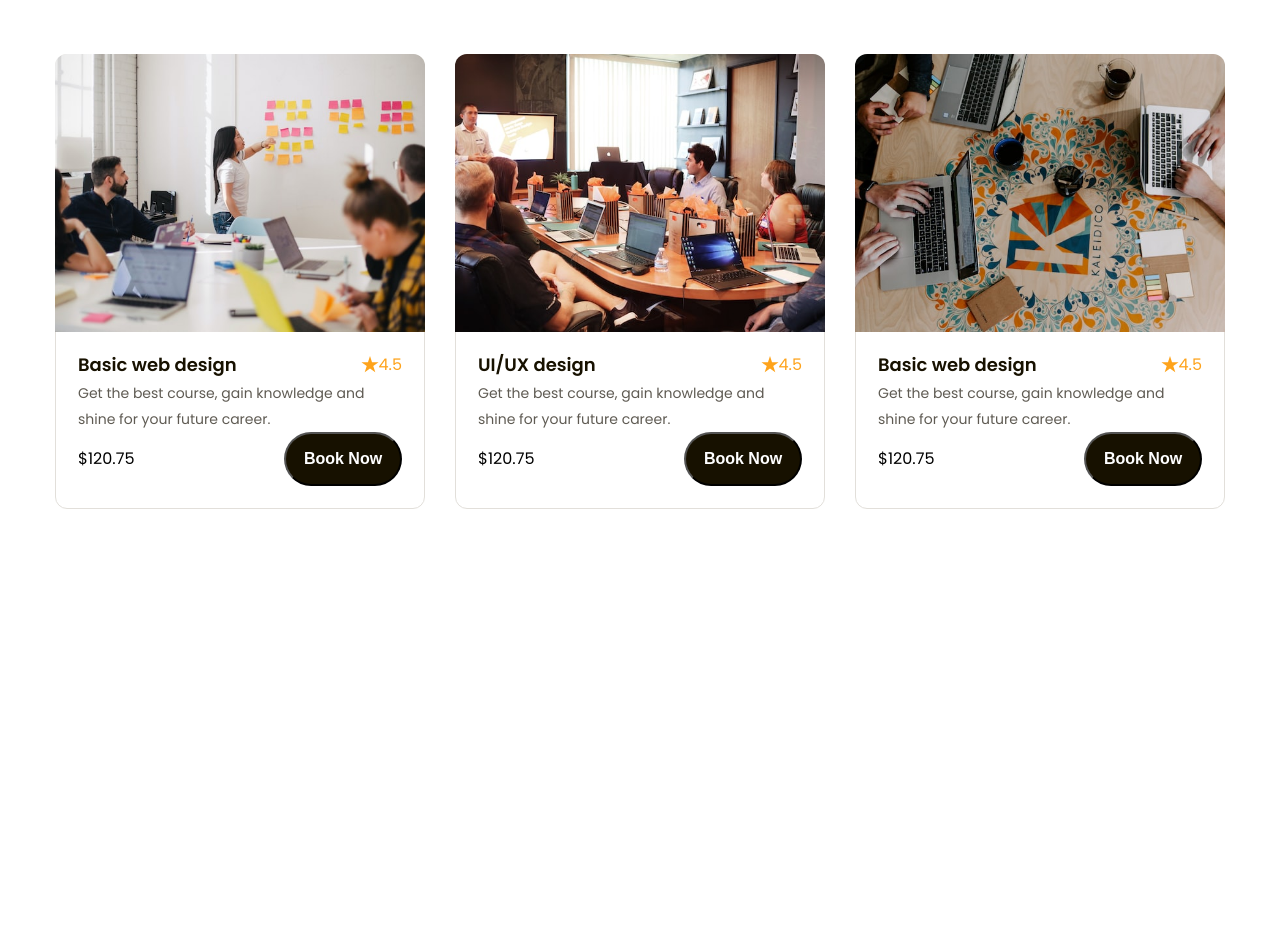
Repository: ynguyen1512/htmlcss-project-02
Page: index.html
The author's editor kept a copy of each file at every save. The page is drawn from the files as they stood at one save, then again after a run of saves.
The browser window is 1280 px wide. The pictures show the part of the page from y = 1225 to 2177 px (the page is 5000 px tall).
A picture or video elsewhere on the page could not be fetched, so the positions and the page height are approximate.

Above is the page before, as saved 2023-02-20 22:55:23.

After the next 2 saves:
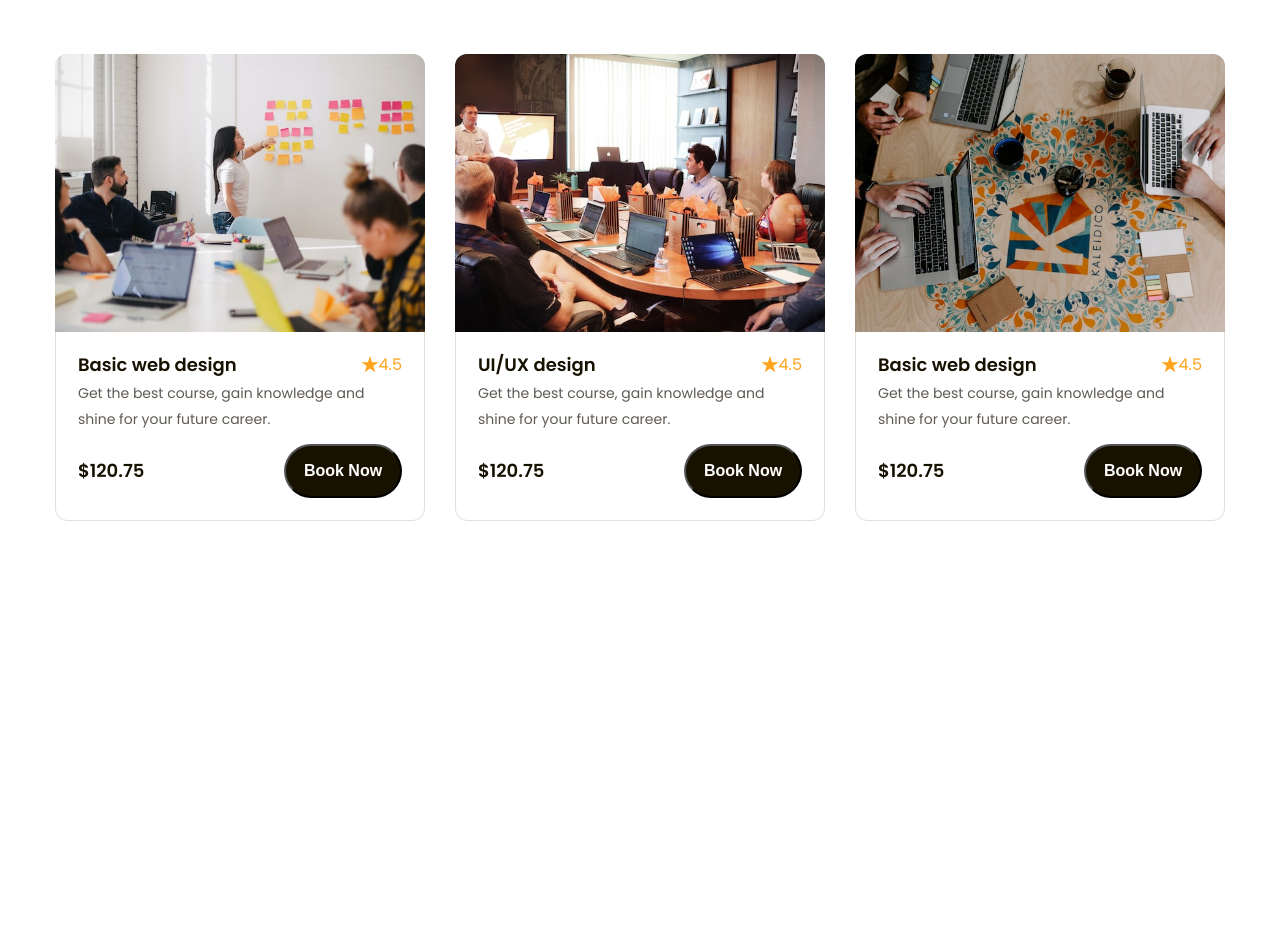
The 2 saves are shown as one change because they came seconds apart.
The last was saved 64 s later.
--- a/assets/css/style.css
+++ b/assets/css/style.css
@@ -368,3 +368,14 @@ a {
     line-height: 1.86;
     color: #5F5B53;
 }
+
+.popular .course-item .foot {
+    margin-top: 12px;
+}
+
+.popular .foot .price {
+    font-weight: 600;
+    font-size: 1.8rem;
+    line-height: 1.67;
+    color: #171100;
+}
